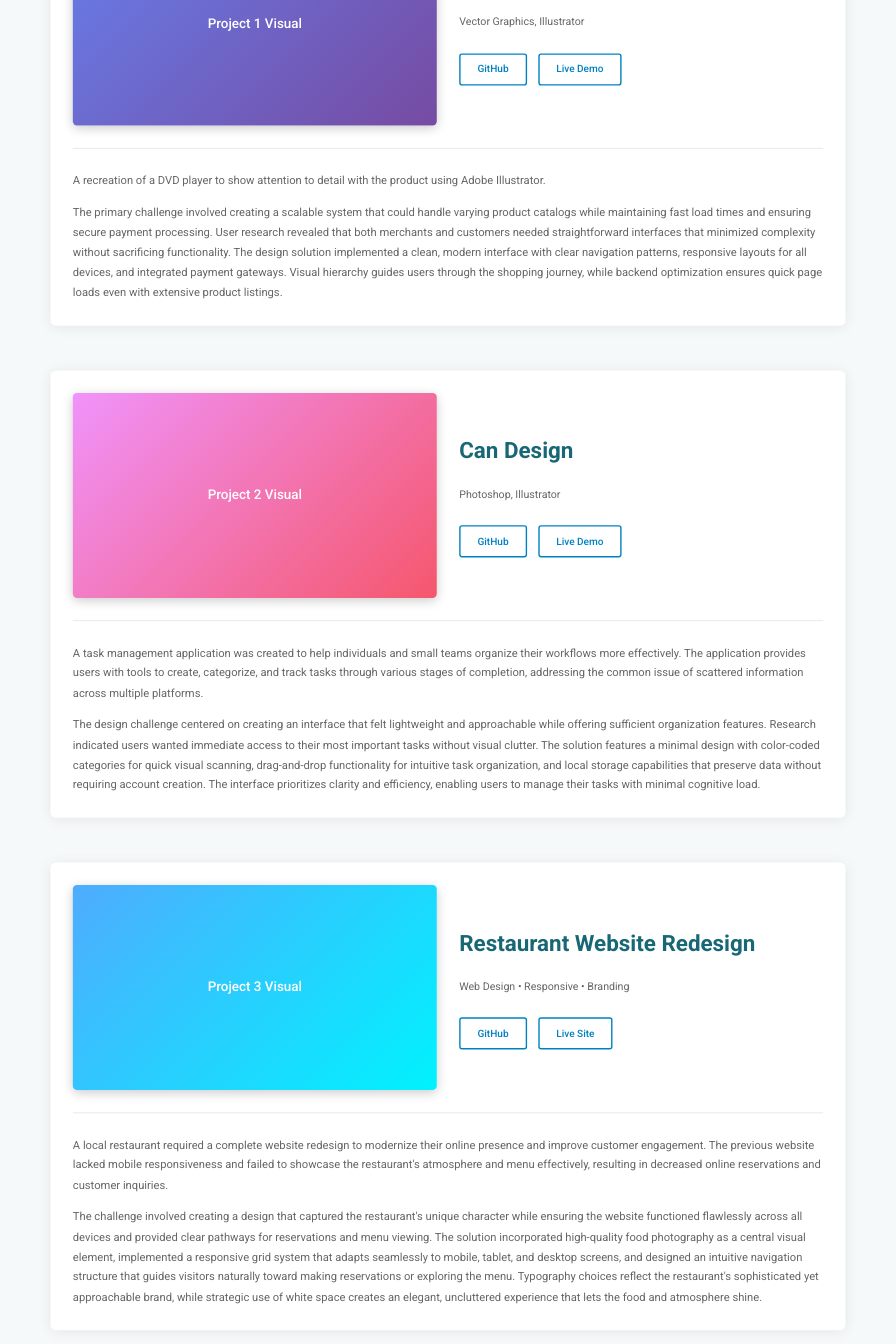
Repository: DonaldCWong/portfolio
Page: index.html
These files come from the project's save history. The page is drawn as it stood at one moment and after the next save; the edit follows.
The browser window is 1280 px wide. The pictures show the part of the page from y = 1086 to 3006 px (the page is 4837 px tall before and 4866 px after), at 70% of full size.

Above is the page before, as saved 2026-01-12 12:02:39.

After the next save:
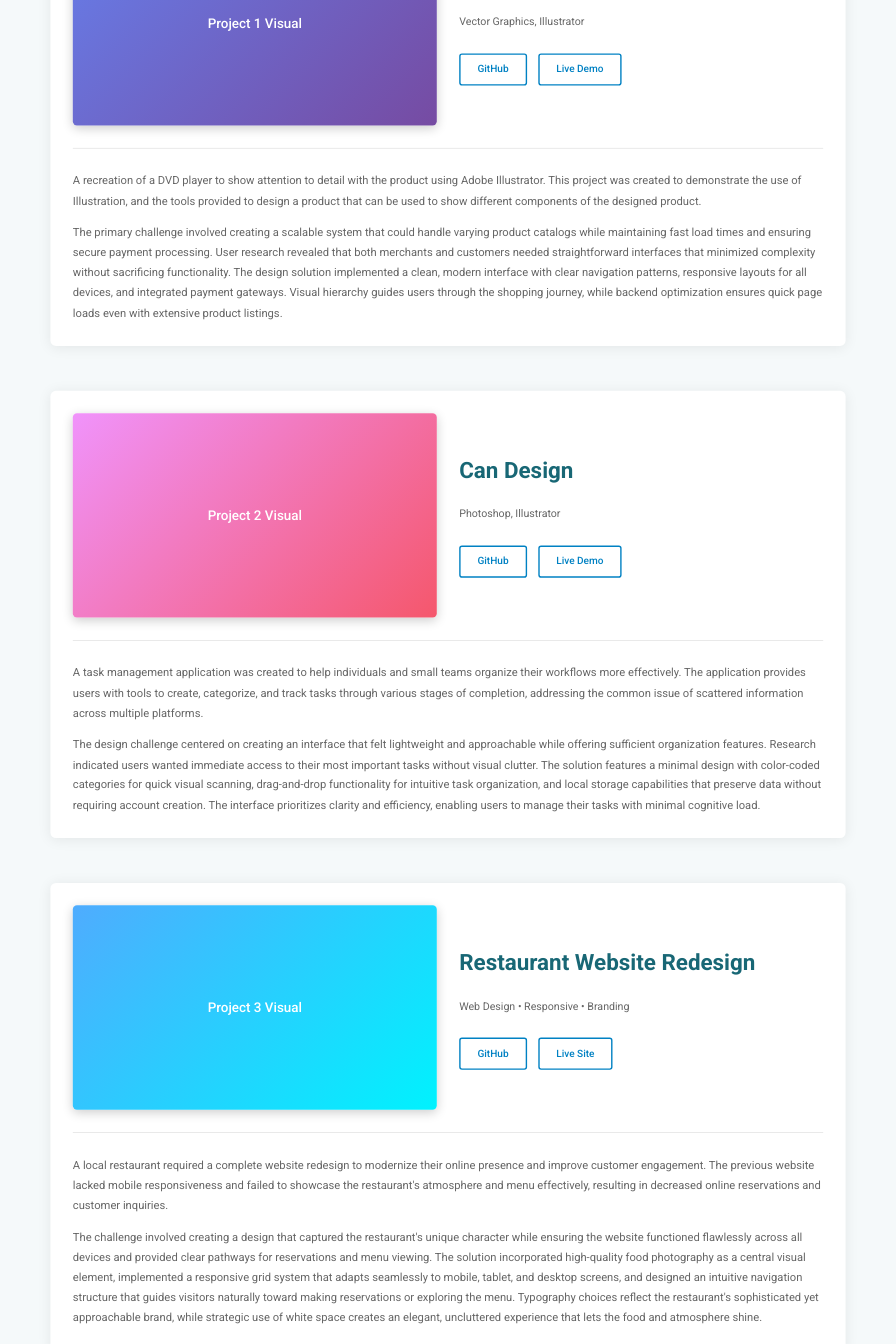
Saved 90 s later.
--- a/index.html
+++ b/index.html
@@ -56,7 +56,7 @@
                 </div>
                 <div class="project-rationale">
                     <p>
-                      A recreation of a DVD player to show attention to detail with the product using Adobe Illustrator.
+                      A recreation of a DVD player to show attention to detail with the product using Adobe Illustrator. This project was created to demonstrate the use of Illustration, and the tools provided to design a product that can be used to show different components of the designed product.
                     </p>
                     <p>
                         The primary challenge involved creating a scalable system that could handle varying product catalogs while maintaining fast load times and ensuring secure payment processing. User research revealed that both merchants and customers needed straightforward interfaces that minimized complexity without sacrificing functionality. The design solution implemented a clean, modern interface with clear navigation patterns, responsive layouts for all devices, and integrated payment gateways. Visual hierarchy guides users through the shopping journey, while backend optimization ensures quick page loads even with extensive product listings.
